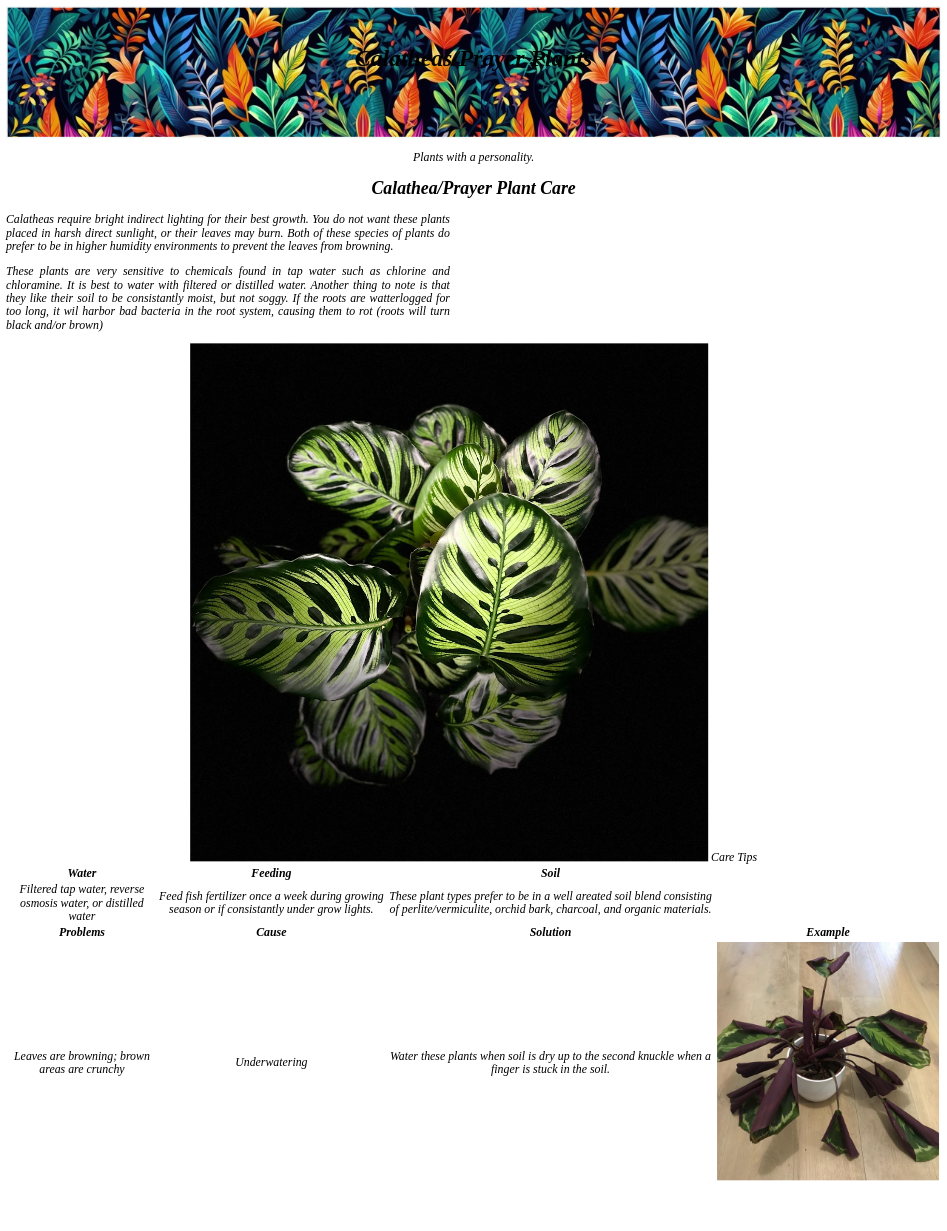
Repository: swillis91/odin-recipies
Page: Planty Page/calatheas.html
These files come from the project's save history. The page is drawn as it stood at one moment and after the next save; the edit follows.
The browser window is 1280 px wide. The pictures show the whole page, at 74% of full size.

Above is the page before, as saved 2023-08-10 00:28:05.

### Planty Page/calatheas.html
<!DOCTYPE html>
    <html>
        <head>
            <title>Calatheas</title>
            <link href="style.css" rel="stylesheet"
        </head>
        <body>
            <h1 class="heading">Calatheas/Prayer Plants</h1>
              <p>Plants with a personality.</p>
            <h2>Calathea/Prayer Plant Care</h2>
              <p class="care">Calatheas require bright indirect lighting for their best growth. You do not want these plants placed in harsh direct sunlight, or their leaves may burn. Both of these species of plants do prefer to be in higher humidity environments to prevent the leaves from browning.</p>
              <p class="care">These plants are very sensitive to chemicals found in tap water such as chlorine and chloramine. It is best to water with filtered or distilled water. Another thing to note is that they like their soil to be consistantly moist, but <em>not</em> soggy. If the roots are watterlogged for too long, it wil harbor bad bacteria in the root system, causing them to rot (roots will turn black  and/or brown)</p>
                <img src="./Images/makoyana.webp" id="calathea makoyana" width="700px">
            <thead>Care Tips</thead>
            <table>
                <tr>
                    <th>Water</th>
                    <th>Feeding</th>
                    <th>Soil</th>
                </tr>
                <tr>
                    <td>Filtered tap water, reverse osmosis water, or distilled water</td>
                    <td>Feed fish fertilizer once a week during growing season or if consistantly under grow lights.</td>
                    <td>These plant types prefer to be in a well areated soil blend consisting of perlite/vermiculite, orchid bark, charcoal, and organic materials.</td>
                </tr>
                <tr>
                    <th>Problems</th>
                    <th>Cause</th>
                    <th>Solution</th>
                    <th>Example</th>
                </tr>
                <tr>
                    <td>Leaves are browning; brown areas are crunchy</td>
                    <td>Underwatering</td>
                    <td>Water these plants when soil is dry up to the second knuckle when a finger is stuck in the soil.</td>
                    <td><img src='./Images/underwateredcalathea.jpg' width="300px"> </td>
                </tr>
            </table>
        </body>
    </html>

### Planty Page/style.css
body{
    background-color: white;
    color:black;
    text-align: center;
    font-family:cursive;
    font-style: oblique;
}

.heading{
    color: rgba(0, 0, 0, 0.974);
    border: 2px solid rgb(244, 247, 247);
    background-image: url('Images/banner.jpg');
    height: 75px;
    margin: 0 auto;
    padding:50px 20px;

}

.care{
    text-align: justify;
    width: 600px;

}

#calathea-makoyana{
    width: 500px;
    Height: auto:
}

table{

}

After the next save:
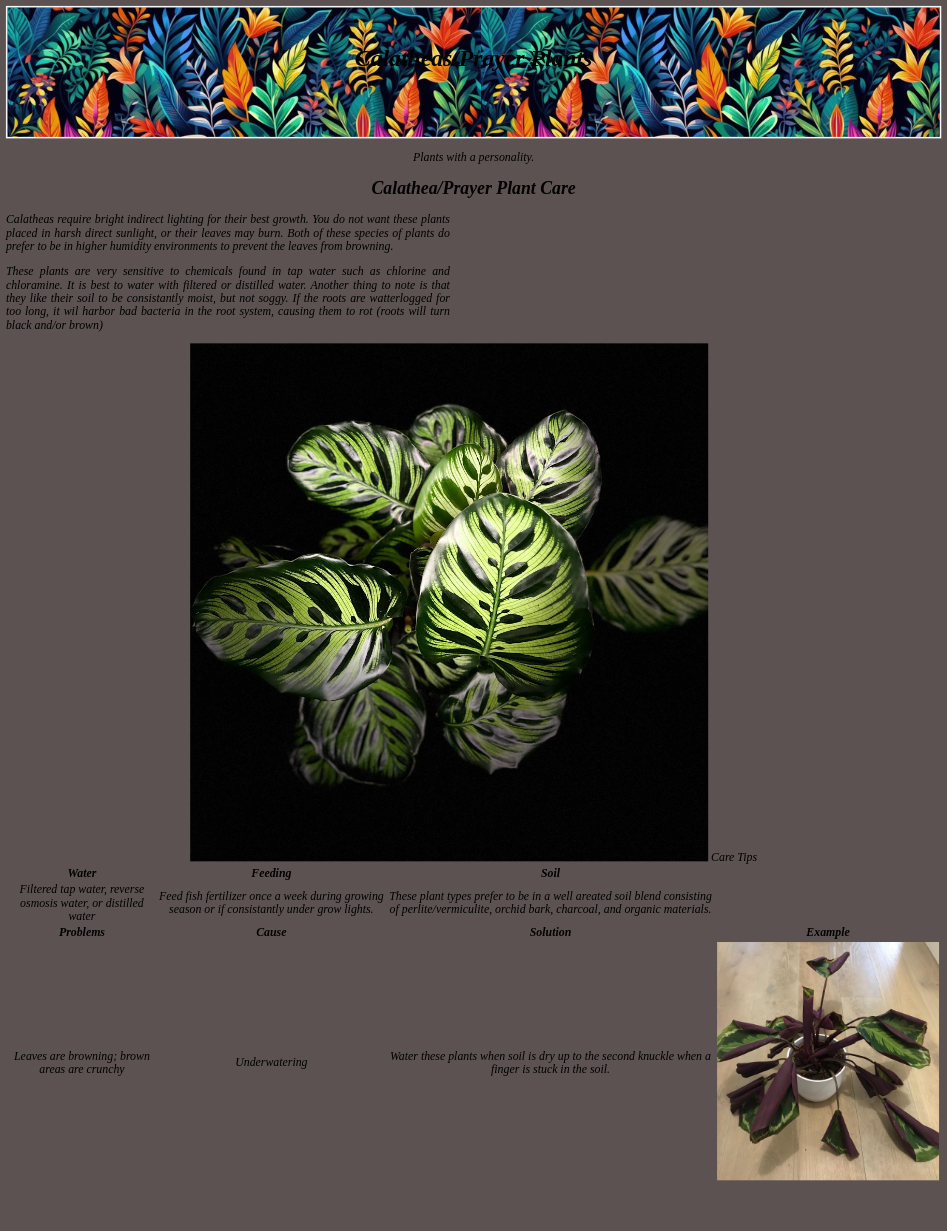
Saved 18 s later.
--- a/Planty Page/style.css
+++ b/Planty Page/style.css
@@ -1,5 +1,5 @@
 body{
-    background-color: white;
+    background-color: rgb(92, 82, 82);
     color:black;
     text-align: center;
     font-family:cursive;
